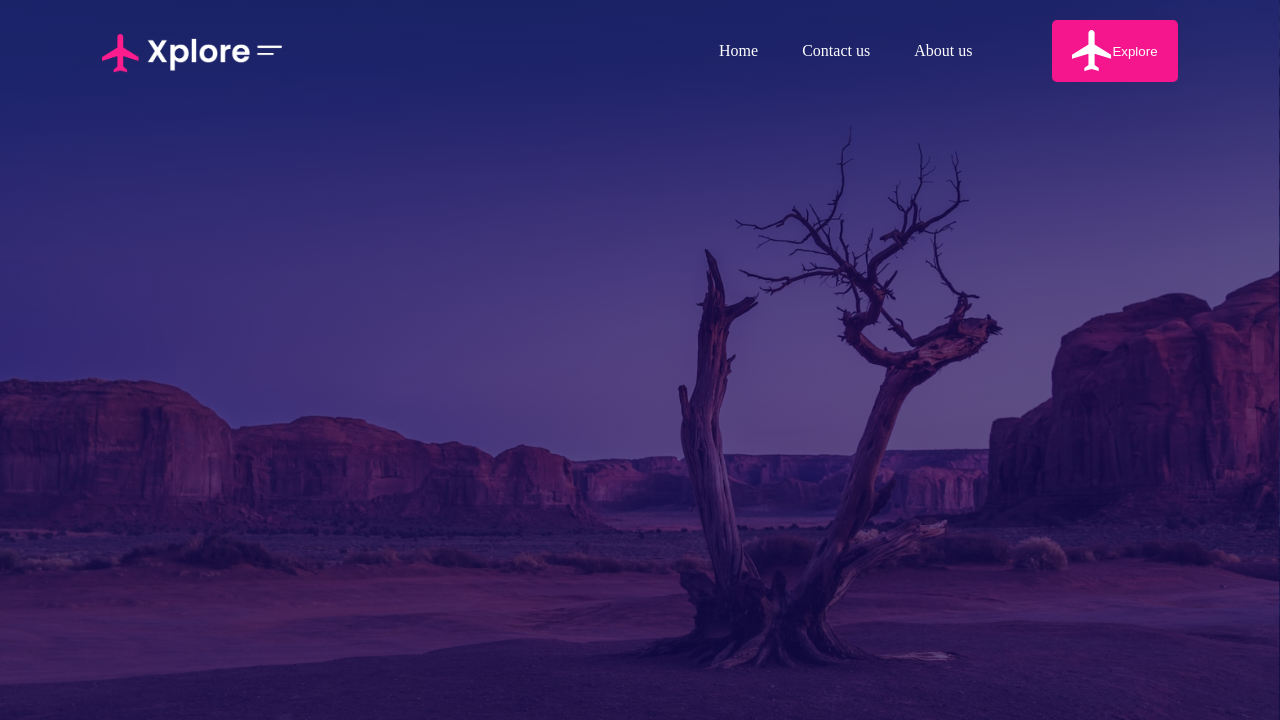
Repository: Aanchal26081/Task-2
Page: index.html
These files come from the project's save history. The page is drawn as it stood at one moment and after the next save; the edit follows.
The browser window is 1280 px wide. The pictures show the whole page.

Above is the page before, as saved 2024-06-03 09:56:12.

### index.html
<!DOCTYPE html>
<html lang="en">
<head>
    <meta charset="UTF-8">
    <meta name="viewport" content="width=device-width, initial-scale=1.0">
    <title>Document</title>
    <link rel="stylesheet" href="main.css">
</head>
<body>
    <div class="container">
        <nav>
            <img src="images/logo.png" class="logo">
            <ul>
                <li><a href="#">Home</a></li>
                <li><a href="#">Contact us</a></li>
                <li><a href="#">About us</a></li>
            </ul>
            <button class="btn"><img src="images/icon.png">Explore</button>
        </nav>
    </div>
</body>
</html>

### main.css
*{
    margin: 0;
    padding: 0;
    box-sizing: border-box;
}
.container{
    width: 100%;
    min-height: 100vh;
    background-image: linear-gradient(rgba(9,0,77,0.65),rgba(9,0,77,0.65)), url(images/background.png);
    background-size: cover;
    background-position: center;
    padding: 10px 8%;
}
nav{
    width: 100%;
    display: flex;
    align-items: center;
    justify-content: space-between;
    padding: 10px 0;
}
.logo{
    width: 180px;
    cursor: pointer;
}
nav ul{
    list-style: none;
    width: 100%;
    text-align: right;
    padding-right: 60px;
}
nav ul li{
    display: inline-block;
    margin: 10px 20px;
}
nav ul li a{
    color: #fff;
    text-decoration: none;
}
.btn{
    display: flex;
    align-items: center;
    padding: 10px 20px;
    border: 0;
    outline: 0;
    border-radius: 5px;
    background: #f5168d;
    color: #fff;
    font-weight: 500;
    cursor: pointer;
}

After the next save:
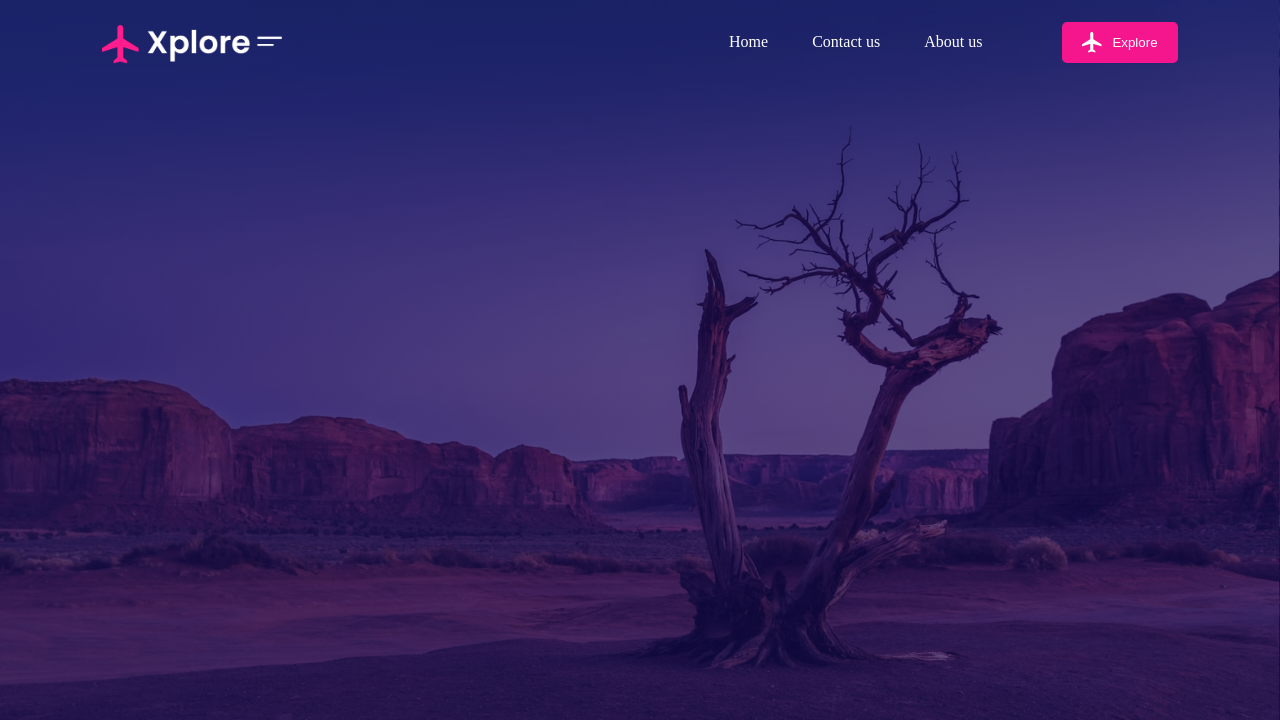
Saved 54 s later.
--- a/main.css
+++ b/main.css
@@ -48,3 +48,7 @@
     font-weight: 500;
     cursor: pointer;
 }
+.btn img{
+    width: 20px;
+    margin-right: 10px;
+}
